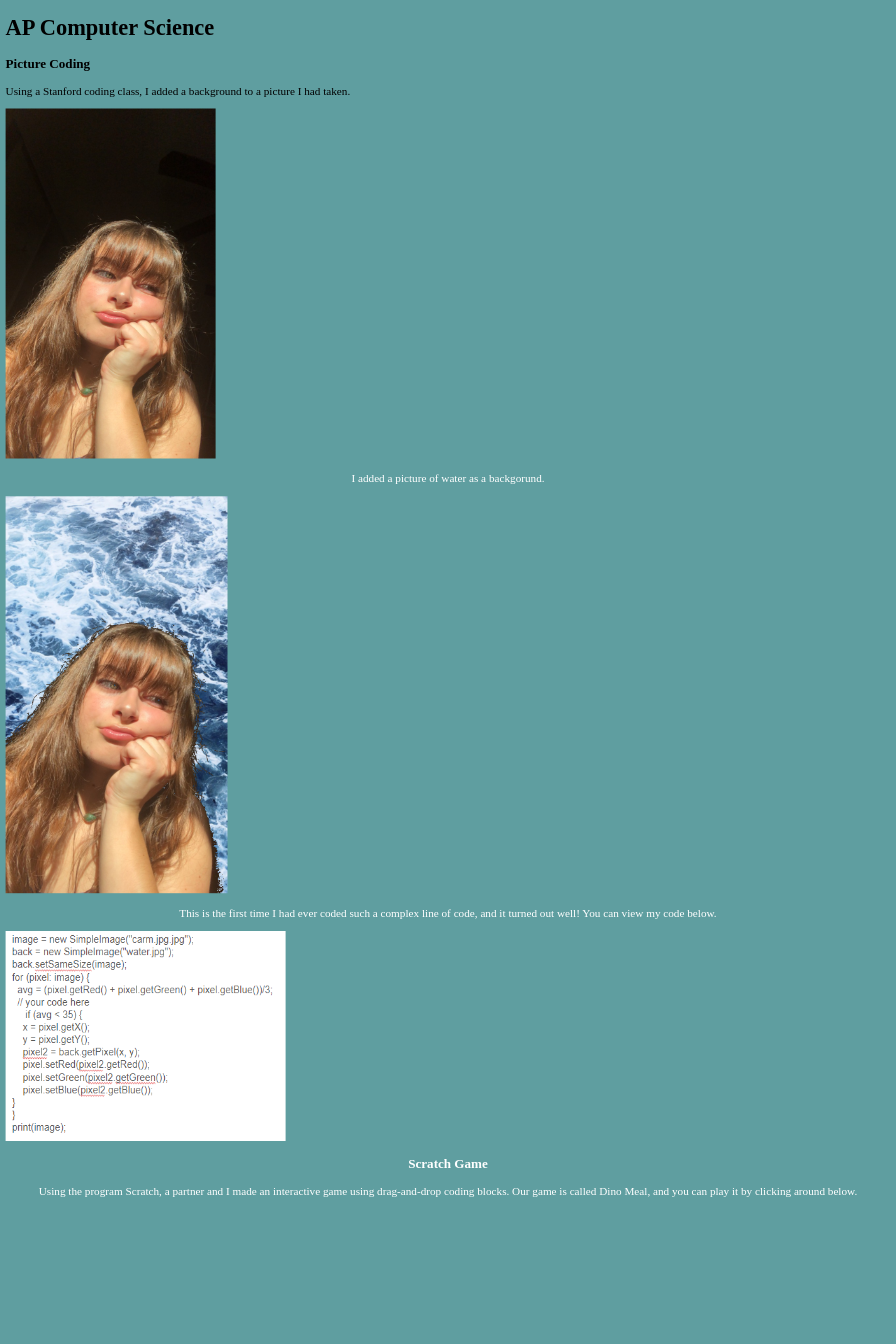
Repository: cdzendzel/cdzendzel.github.io
Page: apcs.html
The author's editor kept a record of every edit. The page is drawn from the files as they stood at one moment, then again after the next edit.
The browser window is 1280 px wide. The pictures show the part of the page from y = 0 to 1920 px (the page is 2805 px tall), at 70% of full size.
Pictures or frames that could not be fetched are drawn as grey boxes.

Above is the page before.

After the next edit:
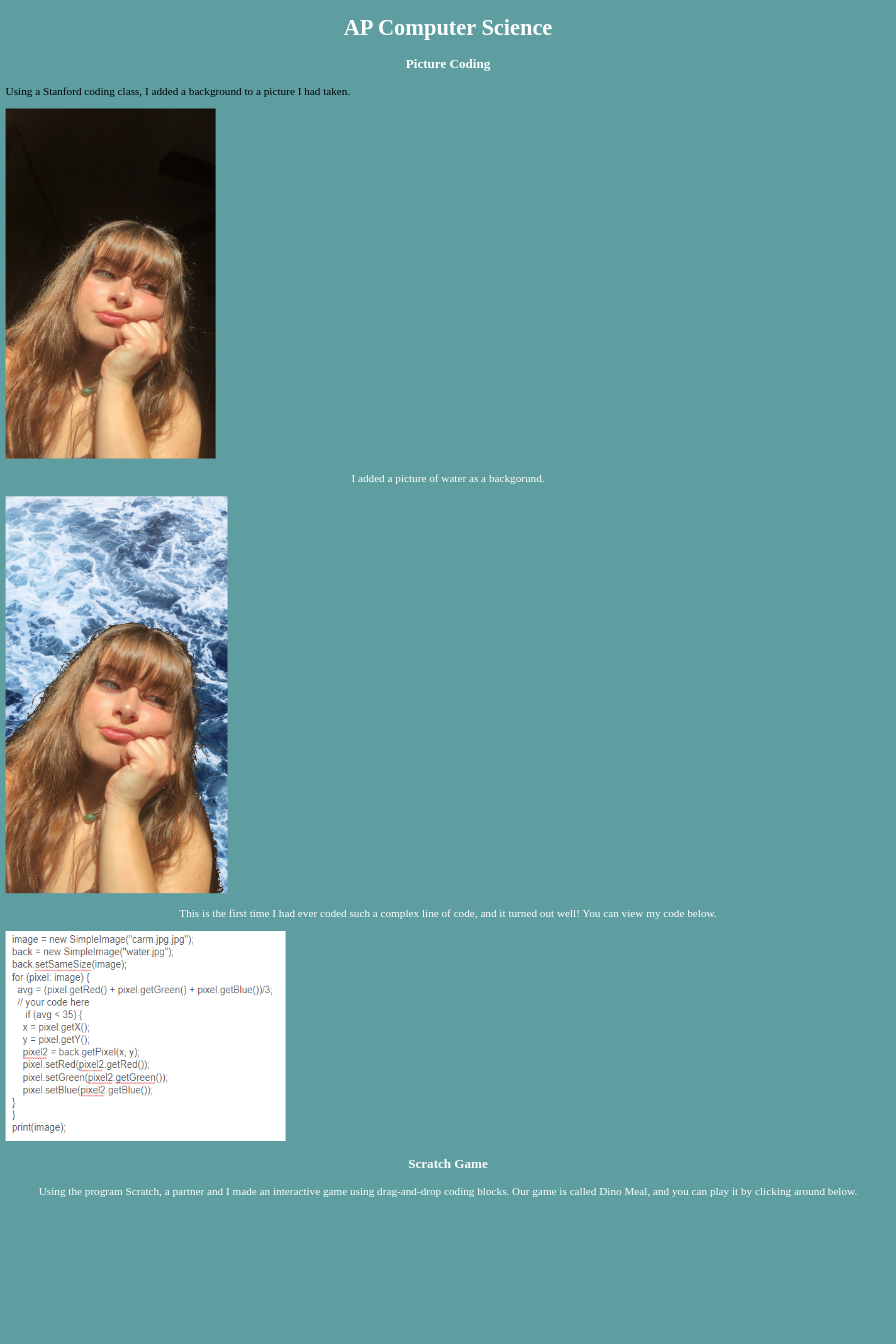
The edit:
--- a/apcs.html
+++ b/apcs.html
@@ -8,8 +8,8 @@
 </head>
 <body>
 
-<h1>AP Computer Science</h1>
-<h3>Picture Coding</h3>
+<h1 style="text-align:center; color:white;">AP Computer Science</h1>
+<h3 style="text-align:center; color:white;">Picture Coding</h3>
 </body>
 </html>
 </body>
